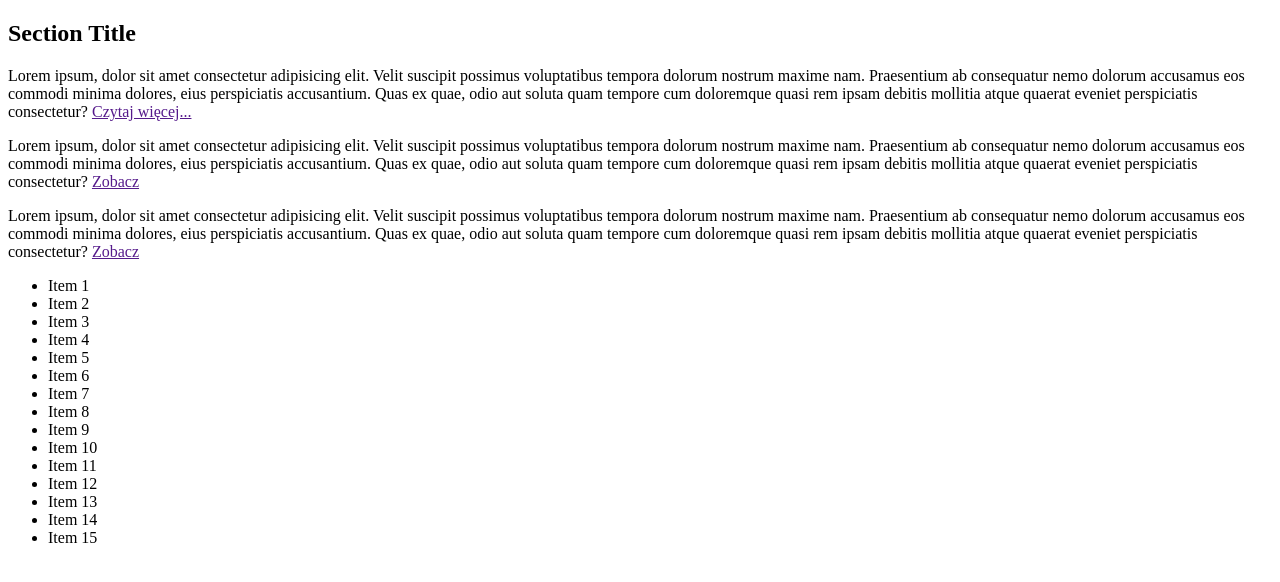
Repository: magdaf41/jQuery
Page: zadanie 3/index.html
The author's editor kept a copy of each file at every save. The page is drawn from the files as they stood at one save, then again after the next save.
The browser window is 1280 px wide. The pictures show the whole page.

Above is the page before, as saved 2020-09-08 21:53:38.

After the next save:
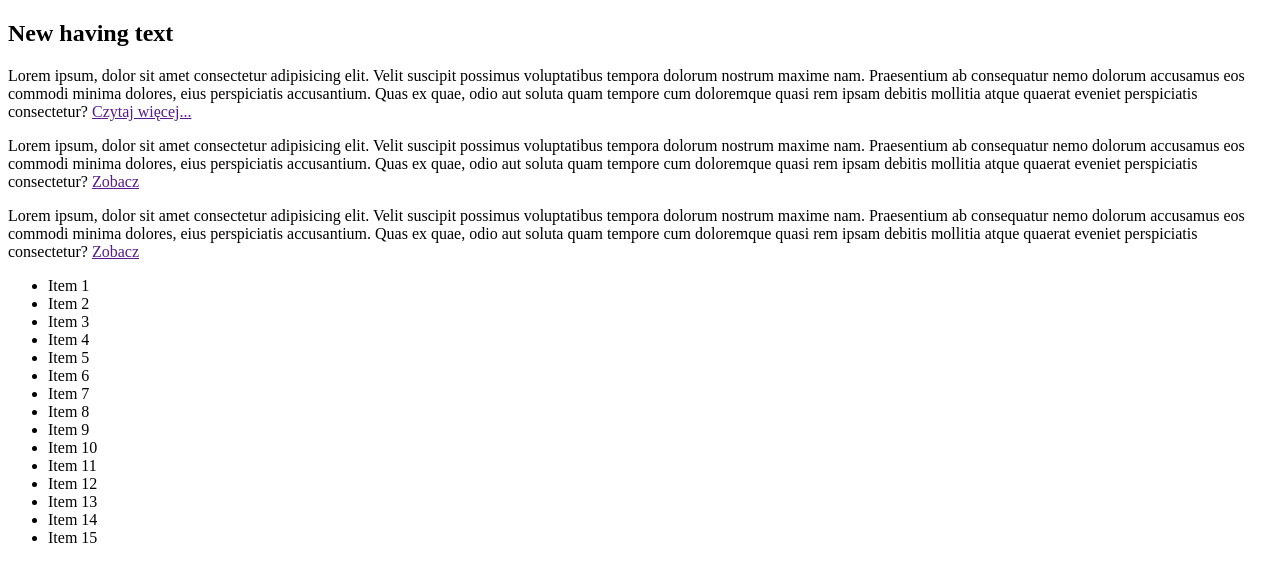
Saved 49 s later.
--- a/zadanie 3/js/main.js
+++ b/zadanie 3/js/main.js
@@ -1,8 +1,10 @@
 $(document).ready(function () {
 
-   let headingText = $('h2').text();
-   console.log(headingText);
+    let headingText = $('h2').text();
+    console.log(headingText);
 
     let parContent = $('p').eq(0).text();
     console.log(parContent);
+
+    $('h2').text('New having text');
 });
